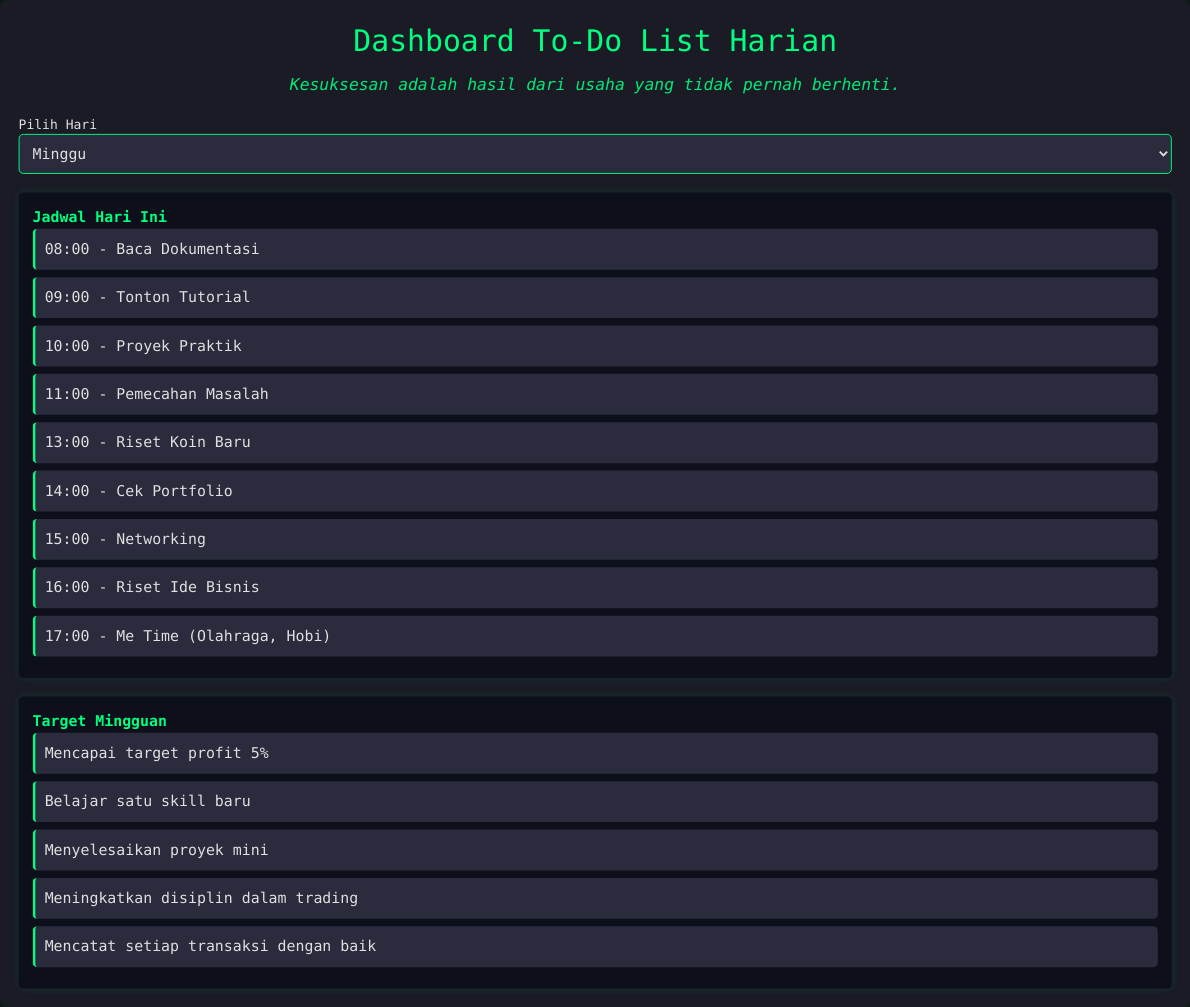
Repository: ALEX-RPL/To-Do-List
Page: index.html
An editor plug-in stored every save of this project. The page is shown before and after the next save, followed by the edit.
The browser window is 1280 px wide. The pictures show the whole page, at 93% of full size.
Some web libraries are served in a nearby version.

Above is the page before, as saved 2024-11-04 18:01:26.

### index.html
<!DOCTYPE html>
<html lang="id">
<head>
    <meta charset="UTF-8">
    <meta name="viewport" content="width=device-width, initial-scale=1.0">
    <title>Dashboard To-Do List Harian</title>
    <script src="https://cdn.tailwindcss.com"></script>
    <style>
        body {
            background-color: #0e0e10;
            color: #e0e0e0;
            font-family: Consolas, "Courier New", monospace;
        }
        .container {
            max-width: 800px;
            margin: auto;
            padding: 20px;
            background: #1a1b25;
            border-radius: 10px;
            box-shadow: 0px 0px 10px rgba(0, 255, 128, 0.2);
        }
        .title {
            font-size: 2rem;
            color: #00ff80;
            text-align: center;
            margin-bottom: 10px;
        }
        .subtitle {
            font-size: 1.1rem;
            color: #00ff80;
            text-align: center;
            margin-bottom: 20px;
            font-style: italic;
            opacity: 0.9;
        }
        .day-select {
            background-color: #2a2c3d;
            color: #e0e0e0;
            padding: 10px;
            border: 1px solid #00ff80;
            border-radius: 5px;
            width: 100%;
        }
        ul {
            list-style-type: none;
            padding: 0;
        }
        li {
            padding: 10px;
            background: #2a2c3d;
            margin-bottom: 8px;
            border-radius: 5px;
            border-left: 3px solid #00ff80;
            cursor: pointer;
            transition: background 0.3s;
        }
        li:hover {
            background: #3a3c4d;
        }
        li.completed {
            text-decoration: line-through;
            color: #777;
        }
        .highlight {
            color: #00ff80;
            font-weight: bold;
        }
        .card {
            background: #0d0f1a;
            padding: 15px;
            border-radius: 5px;
            margin-top: 20px;
            box-shadow: 0px 0px 10px rgba(0, 255, 128, 0.1);
        }
    </style>
</head>
<body>

<div class="container">
    <h1 class="title">Dashboard To-Do List Harian</h1>
    <p id="motivation-text" class="subtitle"></p>

    <div class="mb-4">
        <label for="day-select" class="block text-sm font-medium">Pilih Hari</label>
        <select id="day-select" class="day-select">
            <option value="Sunday">Minggu</option>
            <option value="Monday">Senin</option>
            <option value="Tuesday">Selasa</option>
            <option value="Wednesday">Rabu</option>
            <option value="Thursday">Kamis</option>
            <option value="Friday">Jumat</option>
            <option value="Saturday">Sabtu</option>
        </select>
    </div>

    <div class="card">
        <h2 class="highlight">Jadwal Hari Ini</h2>
        <ul id="schedule-list"></ul>
    </div>

    <div class="card">
        <h2 class="highlight">Target Mingguan</h2>
        <ul id="goals-list"></ul>
    </div>
</div>

<script>
    const jadwal = {
        "Monday": {
            "04:30": "Bangun & Sholat Subuh",
            "04:45": "Analisis market & crypto",
            "05:15": "Persiapan mental hari ini",
            "05:30": "Mandi & Sarapan",
            "06:30": "Mulai sekolah",
            "15:00": "Istirahat & Sholat Ashar",
            "15:30": "Belajar Blockchain dasar",
            "16:15": "Latihan trading (demo account)",
            "17:00": "Me Time (Olahraga, Hobi)",
            "18:00": "Coding Smart Contract",
            "18:30": "Analisis Pasar",
            "19:00": "Kerjakan PR",
            "19:30": "Sholat & Makan Malam",
            "20:00": "Review & update jurnal trading",
            "21:00": "Istirahat"
        },
        "Tuesday": {
            "04:30": "Bangun & Sholat Subuh",
            "04:45": "Analisis Teknikal",
            "05:15": "Persiapan Mental",
            "05:30": "Mandi & Sarapan",
            "06:30": "Mulai sekolah",
            "15:00": "Istirahat & Sholat Ashar",
            "15:30": "Belajar Python Dasar",
            "16:15": "Belajar Konsep AI",
            "17:00": "Me Time (Olahraga, Hobi)",
            "18:00": "Belajar Machine Learning Dasar",
            "18:30": "Membuat Trading Bot",
            "19:00": "Kerjakan PR",
            "19:30": "Sholat & Makan Malam",
            "20:00": "Review & Rencanakan besok",
            "21:00": "Istirahat"
        },
        "Wednesday": {
            "04:30": "Bangun & Sholat Subuh",
            "04:45": "Analisis Fundamental",
            "05:15": "Cek Pasar",
            "05:30": "Mandi & Sarapan",
            "06:30": "Mulai sekolah",
            "15:00": "Istirahat & Sholat Ashar",
            "15:30": "Cyber Security Basic",
            "16:15": "Network Security",
            "17:00": "Me Time (Olahraga, Hobi)",
            "18:00": "Ethical Hacking",
            "18:30": "Review Trading",
            "19:00": "Kerjakan PR",
            "19:30": "Sholat & Makan Malam",
            "20:00": "Review & Update jurnal",
            "21:00": "Istirahat"
        },
        "Thursday": {
            "04:30": "Bangun & Sholat Subuh",
            "04:45": "Analisis Chart",
            "05:15": "Review Portfolio",
            "05:30": "Mandi & Sarapan",
            "06:30": "Mulai sekolah",
            "15:00": "Istirahat & Sholat Ashar",
            "15:30": "Belajar Trading Patterns",
            "16:15": "Belajar Risk Management",
            "17:00": "Me Time (Olahraga, Hobi)",
            "18:00": "Belajar Trading Strategy",
            "18:30": "Psikologi Pasar",
            "19:00": "Kerjakan PR",
            "19:30": "Sholat & Makan Malam",
            "20:00": "Review & Update jurnal",
            "21:00": "Istirahat"
        },
        "Friday": {
            "04:30": "Bangun & Sholat Subuh",
            "04:45": "Review Mingguan",
            "05:15": "Tetapkan Tujuan",
            "05:30": "Mandi & Sarapan",
            "06:30": "Mulai sekolah",
            "15:00": "Istirahat & Sholat Ashar",
            "15:30": "Integrasi Proyek",
            "16:15": "Review Kode",
            "17:00": "Me Time (Olahraga, Hobi)",
            "18:00": "Jurnal Trading",
            "18:30": "Analisis Kinerja",
            "19:00": "Kerjakan PR",
            "19:30": "Sholat & Makan Malam",
            "20:00": "Review & Rencanakan besok",
            "21:00": "Istirahat"
        },
        "Saturday": {
            "08:00": "Deep Learning AI",
            "09:00": "Latihan Trading",
            "10:00": "Coding Proyek",
            "11:00": "Testing & Debug",
            "13:00": "Studi Teknologi Baru",
            "14:00": "Riset Pasar",
            "15:00": "Evaluasi Mingguan",
            "16:00": "Persiapan Minggu Depan",
            "17:00": "Me Time (Olahraga, Hobi)"
        },
        "Sunday": {
            "08:00": "Baca Dokumentasi",
            "09:00": "Tonton Tutorial",
            "10:00": "Proyek Praktik",
            "11:00": "Pemecahan Masalah",
            "13:00": "Riset Koin Baru",
            "14:00": "Cek Portfolio",
            "15:00": "Networking",
            "16:00": "Riset Ide Bisnis",
            "17:00": "Me Time (Olahraga, Hobi)"
        }
    };

    const targetMingguan = [
        "Mencapai target profit 5%",
        "Belajar satu skill baru",
        "Menyelesaikan proyek mini",
        "Meningkatkan disiplin dalam trading",
        "Mencatat setiap transaksi dengan baik"
    ];

    const motivasi = [
        "Kesuksesan adalah hasil dari usaha yang tidak pernah berhenti.",
        "Setiap hari adalah kesempatan baru untuk mencapai tujuan.",
        "Jangan takut gagal, takutlah jika tidak mencoba.",
        "Konsistensi adalah kunci untuk meraih impian.",
        "Belajar dari kesalahan adalah langkah menuju kesuksesan."
    ];

    function loadSchedule() {
        const day = document.getElementById("day-select").value;
        const scheduleList = document.getElementById("schedule-list");
        const goalsList = document.getElementById("goals-list");
        const motivationText = document.getElementById("motivation-text");

        scheduleList.innerHTML = "";
        for (const time in jadwal[day]) {
            const li = document.createElement("li");
            li.textContent = `${time} - ${jadwal[day][time]}`;
            li.addEventListener("click", () => {
                li.classList.toggle("completed");
            });
            scheduleList.appendChild(li);
        }

        goalsList.innerHTML = "";
        targetMingguan.forEach(goal => {
            const li = document.createElement("li");
            li.textContent = goal;
            goalsList.appendChild(li);
        });

        motivationText.textContent = motivasi[Math.floor(Math.random() * motivasi.length)];
    }

    document.getElementById("day-select").addEventListener("change", loadSchedule);
    loadSchedule();
</script>
</body>
</html>

After the next save:
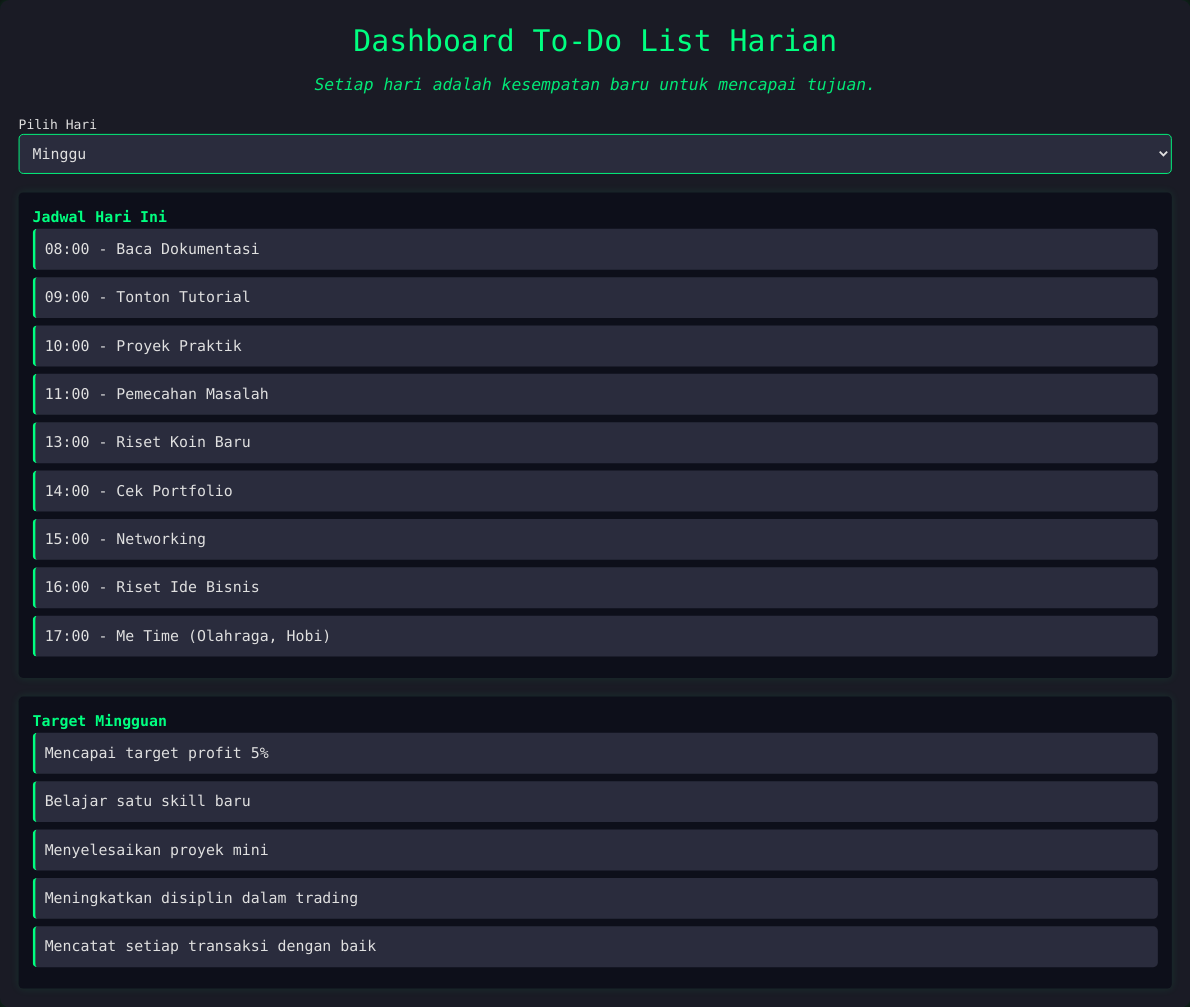
Saved 7 min 7 s later.
--- a/index.html
+++ b/index.html
@@ -224,12 +224,24 @@
     ];
 
     const motivasi = [
-        "Kesuksesan adalah hasil dari usaha yang tidak pernah berhenti.",
-        "Setiap hari adalah kesempatan baru untuk mencapai tujuan.",
-        "Jangan takut gagal, takutlah jika tidak mencoba.",
-        "Konsistensi adalah kunci untuk meraih impian.",
-        "Belajar dari kesalahan adalah langkah menuju kesuksesan."
-    ];
+    "Kesuksesan adalah hasil dari usaha yang tidak pernah berhenti.",
+    "Setiap hari adalah kesempatan baru untuk mencapai tujuan.",
+    "Jangan takut gagal, takutlah jika tidak mencoba.",
+    "Konsistensi adalah kunci untuk meraih impian.",
+    "Belajar dari kesalahan adalah langkah menuju kesuksesan.",
+    "Percayalah pada dirimu sendiri, karena tidak ada yang lebih kuat dari keyakinan.",
+    "Setiap langkah kecil membawa kita lebih dekat ke tujuan.",
+    "Ketika satu pintu tertutup, pintu lain akan terbuka.",
+    "Hasil yang baik datang dari kerja keras dan ketekunan.",
+    "Sukses tidak ditentukan oleh seberapa cepat kita melangkah, tetapi oleh seberapa konsisten kita berusaha.",
+    "Bermimpilah setinggi langit, jika jatuh, kamu akan jatuh di antara bintang-bintang.",
+    "Jangan pernah menyerah pada impianmu, teruslah berjuang meskipun jalan terasa sulit.",
+    "Proses adalah bagian penting dari perjalanan menuju kesuksesan.",
+    "Setiap kegagalan adalah pelajaran berharga untuk mencapai keberhasilan.",
+    "Pikiran positif akan membawamu ke arah yang lebih baik.",
+    "Kesempatan tidak datang dua kali, ambil peluangmu sekarang."
+];
+
 
     function loadSchedule() {
         const day = document.getElementById("day-select").value;
